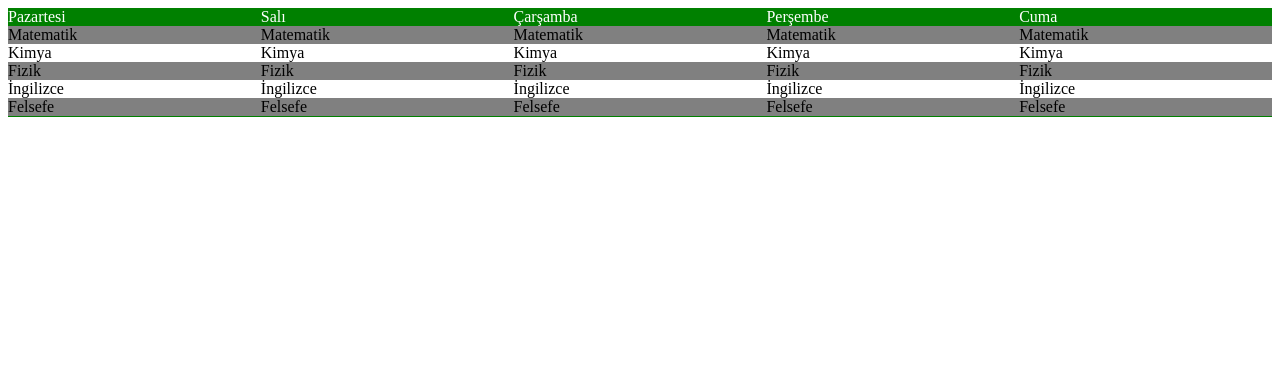
Repository: ahmetbugraozcan/css-ders-programi
Page: deneme.html
These files come from the project's save history. The page is drawn as it stood at one moment and after the next save; the edit follows.
The browser window is 1280 px wide. The pictures show the whole page.

Above is the page before, as saved 2021-07-10 09:32:06.

### deneme.html
<!DOCTYPE html>
<html lang="en">

<head>
    <meta charset="UTF-8">
    <meta http-equiv="X-UA-Compatible" content="IE=edge">
    <meta name="viewport" content="width=device-width, initial-scale=1.0">
    <title>Document</title>
</head>
<style>
    header {
        background-color: green;
        color: white;
    }

    header,
    .row {
        display: flex;
        /* aligns all child elements (flex items) in a row */
    }

    .col :nth-of-type(odd){
        background-color:grey ;
    }
    .col :last-child {
        border-bottom: 1px solid green;
    }

    .col {
        flex: 1;
        /* distributes space on the line equally among items */
    }
</style>

<body>

    <header>
        <div class="col">Pazartesi</div>
        <div class="col">Salı</div>
        <div class="col">Çarşamba</div>
        <div class="col">Perşembe</div>
        <div class="col">Cuma</div>
    </header>
    <div class="row">
        <div class="col">
            <div>Matematik</div>
            <div>Kimya</div>
            <div>Fizik</div>
            <div>İngilizce</div>
            <div>Felsefe</div>
        </div>
        <div class="col"><div>Matematik</div><div>Kimya</div>
            <div>Fizik</div>
            <div>İngilizce</div>
            <div>Felsefe</div>
        </div>
        <div class="col"><div>Matematik</div>
            <div>Kimya</div>
            <div>Fizik</div>
            <div>İngilizce</div>
            <div>Felsefe</div>
        </div>
        <div class="col"><div>Matematik</div><div>Kimya</div>
            <div>Fizik</div>
            <div>İngilizce</div>
            <div>Felsefe</div>
        </div>
        <div class="col"><div>Matematik</div>
            <div>Kimya</div>
            <div>Fizik</div>
            <div>İngilizce</div>
            <div>Felsefe</div>
        </div>
    </div>
</body>

</html>

After the next save:
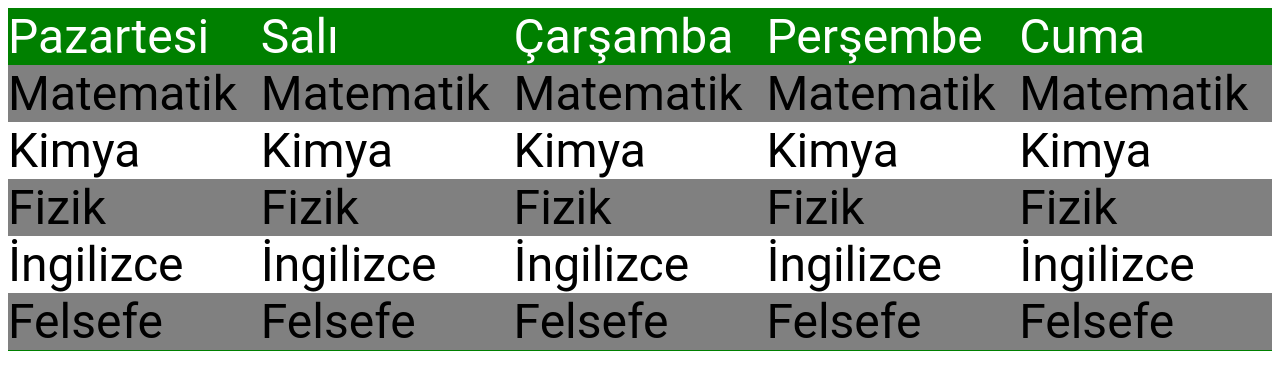
Saved 33 s later.
--- a/deneme.html
+++ b/deneme.html
@@ -8,6 +8,11 @@
     <title>Document</title>
 </head>
 <style>
+body {
+          font-family: 'Roboto', sans-serif;
+          font-size: 48px;
+        }
+
     header {
         background-color: green;
         color: white;
